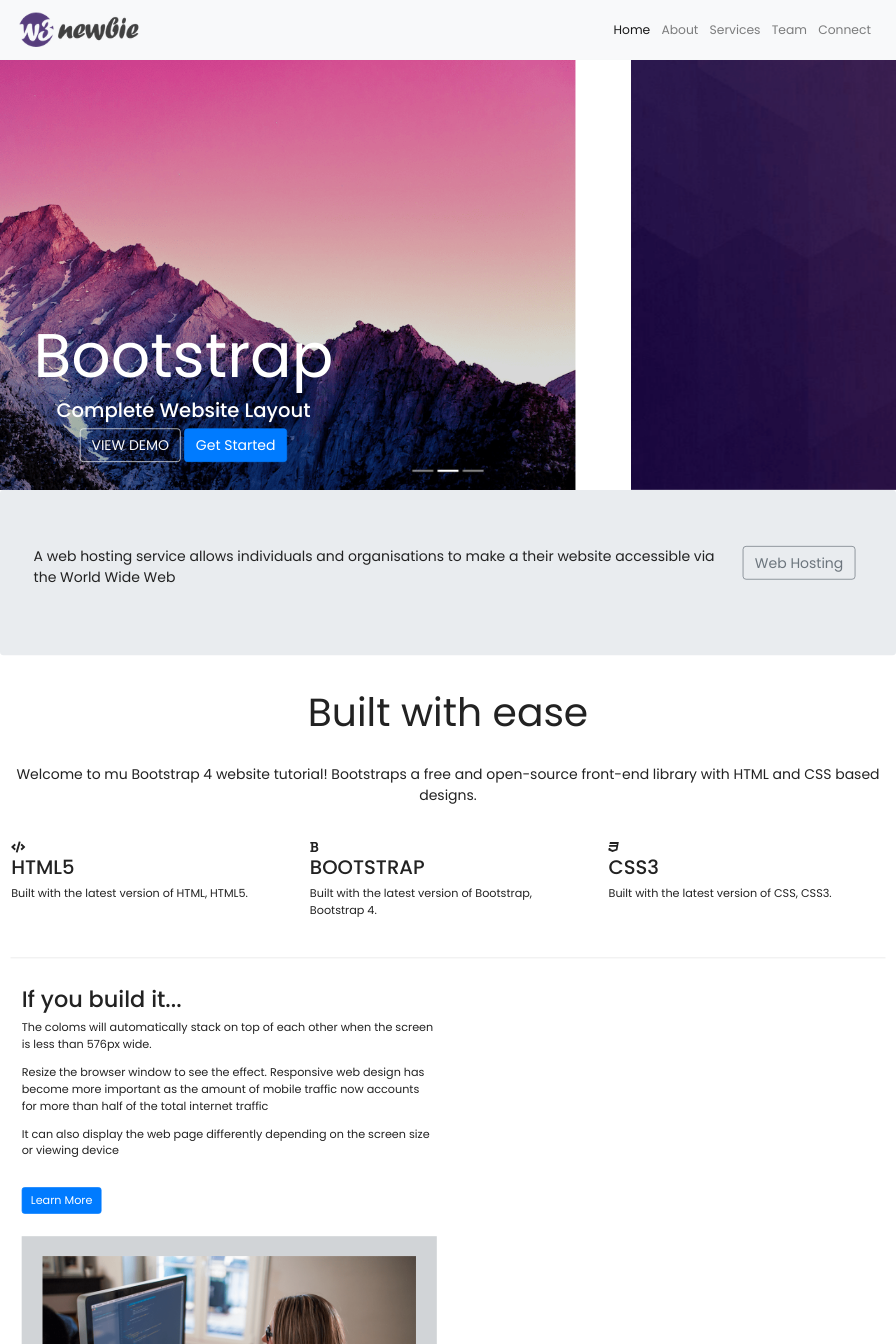
Repository: rkyankya/Bootstrap-1
Page: index.html
The author's editor kept a copy of each file at every save. The page is drawn from the files as they stood at one save, then again after the next save.
The browser window is 1280 px wide. The pictures show the part of the page from y = 0 to 1920 px (the page is 4511 px tall before and 4552 px after), at 70% of full size.
Some web libraries are served in a nearby version.

Above is the page before, as saved 2019-12-18 12:33:00.

### index.html
<!DOCTYPE html>
<html lang="en">

<head>
    <meta charset="utf-8">
    <meta name="viewport" content="width=device-width, initial-scale=1">
    <title>Complete Bootstrap 4 Website Layout</title>
    <link rel="stylesheet" href="https://maxcdn.bootstrapcdn.com/bootstrap/4.0.0/css/bootstrap.min.css">
    <script src="https://ajax.googleapis.com/ajax/libs/jquery/3.3.1/jquery.min.js"></script>
    <script src="https://cdnjs.cloudflare.com/ajax/libs/popper.js/1.12.9/umd/popper.min.js"></script>
    <script src="https://maxcdn.bootstrapcdn.com/bootstrap/4.0.0/js/bootstrap.min.js"></script>
    <script src="https://use.fontawesome.com/releases/v5.0.8/js/all.js"></script>
    <link href="style.css" rel="stylesheet">
</head>

<body>

    <!-- Navigation -->
    <nav class="navbar navbar-expand-md navbar-light bg-light sticky-top">
        <div class="container-fluid">
            <a class="navbar-brand" href="#"><img src="img/logo.png" alt="#"></a>
            <button class="navbar-toggler" type="button" data-toggler="collapse" data-target="#navbarResponsive">
          <span class="navbar-toggler-icon"></span>
        </button>
            <div class="collapse navbar-collapse" id="navbarResponsive">
                <ul class="navbar-nav ml-auto">
                    <li class="nav-item active">
                        <a class="nav-link" href="#">Home</a>
                    </li>
                    <li class="nav-item">
                        <a class="nav-link" href="#">About</a>
                    </li>
                    <li class="nav-item">
                        <a class="nav-link" href="#">Services</a>
                    </li>
                    <li class="nav-item">
                        <a class="nav-link" href="#">Team</a>
                    </li>
                    <li class="nav-item">
                        <a class="nav-link" href="#">Connect</a>
                    </li>
                </ul>
            </div>
        </div>
    </nav>

    <!--- Image Slider -->
    <div id="slides" class="carousel slide" data-ride="carousel">
        <ul class="carousel-indicators">
            <li data-target="#slides" data-slide-to="0" class="active"></li>
            <li data-target="#slides" data-slide-to="1"></li>
            <li data-target="#slides" data-slide-to="2"></li>
        </ul>
        <div class="carousel-inner">
            <div class="carousel-item active">
                <img src="img/background.png" alt="#">
                <div class="carousel-caption">
                    <h1 class="display-2">Bootstrap</h1>
                    <h3>Complete Website Layout</h3>
                    <button type="button" class="btn btn-outline-light btn-lg">VIEW DEMO</button>
                    <button type="button" class="btn btn-primary btn-lg">Get Started</button>
                </div>
            </div>
            <div class="carousel-item">
                <img src="img/background2.png" alt="#">
            </div>
            <div class="carousel-item">
                <img src="img/background3.png" alt="#">
            </div>
        </div>
    </div>

    <!--- Jumbotron -->
    <div class="container-fluid">
        <div class="row jumbotron">
            <div class="col-xs-12 col-sm-12 col-md-9 col-lg-9 col-xl-10">
                <!--Bootstrap has 12 coloms the 12 describes the coloms to take-->
                <p class="lead">A web hosting service allows individuals and organisations to make a their website accessible via the World Wide Web
                </p>
            </div>
            <div class="col-xs-12 col-sm-12 col-md-3 col-lg-3 col-xl-2">
                <a href="#">
                    <button type="button" class="btn btn-outline-secondary btn-lg">Web Hosting</button>
                </a>
            </div>
        </div>
    </div>


    <!--- Welcome Section -->
    <div class="container-fluid padding">
        <div class="row welcome text-center">
            <div class="col-12">
                <h1 class="display-4">Built with ease</h1>
            </div>
            <hr class="my-4">
            <div class="col-12">
                <p class="lead">Welcome to mu Bootstrap 4 website tutorial! Bootstraps a free and open-source front-end library with HTML and CSS based designs.
                </p>
            </div>
        </div>
    </div>

    <!--- Three Column Section -->
    <div class="container-fluid padding">
        <div class="row text-centre padding">
            <div class="col-xs-12 col-sm-6 col-md-4">
                <i class="fas fa-code"></i>
                <h3>HTML5</h3>
                <p>Built with the latest version of HTML, HTML5.</p>
            </div>
            <div class="col-xs-12 col-sm-6 col-md-4">
                <i class="fas fa-bold"></i>
                <h3>BOOTSTRAP</h3>
                <p>Built with the latest version of Bootstrap, Bootstrap 4.</p>
            </div>
            <div class="col-sm-12 col-md-4">
                <i class="fab fa-css3"></i>
                <h3>CSS3</h3>
                <p>Built with the latest version of CSS, CSS3.</p>
            </div>
        </div>
        <hr class="my-4">
    </div>


    <!--- Two Column Section -->
    <div class="container-fluid padding">
        <div class="row-padding">
            <div class="col-md-12 col-lg-6">
                <h2>If you build it...</h2>
                <p>The coloms will automatically stack on top of each other when the screen is less than 576px wide.</p>
                <p>Resize the browser window to see the effect. Responsive web design has become more important as the amount of mobile traffic now accounts for more than half of the total internet traffic</p>
                <p>It can also display the web page differently depending on the screen size or viewing device</p>
                <br>
                <a href="#" class="btn btn-primary">Learn More</a>
            </div>
            <div class="col-lg-6">
                <img src="img/desk.png" class="img-fluid" alt="#">
            </div>
        </div>
    </div>

    <hr class="my-4">

    <!--- Fixed background -->
    <figure>
        <div class="fixed-wrap">
            <div id="fixed"></div>
        </div>
    </figure>


    <!--- Emoji Section -->
    <button class="fun" data-toggle="collapse" data-target="#emoji">Click For Fun</button>
    <div id="emoji" class="collapse">
        <div class="container-fluid padding">
            <div class="row text-center">
                <div class="col-sm-6 col-md-3">
                    <img class="gif" src="img/gif/panda.gif" alt="#">
                </div>
                <div class="col-sm-6 col-md-3">
                    <img class="gif" src="img/gif/unicorn.gif" alt="#">
                </div>
                <div class="col-sm-6 col-md-3">
                    <img class="gif" src="img/gif/poo.gif" alt="#">
                </div>
                <div class="col-sm-6 col-md-3">
                    <img class="gif" src="img/gif/chicken.gif" alt="#">
                </div>
            </div>
        </div>
    </div>


    <!--- Meet the team -->
    <div class="container-fluid padding">
        <div class="row-welcome text-center">
            <div class="col-12">
                <h1 class="display-4"> Meet the Team</h1>
            </div>
        </div>
    </div>


    <!--- Cards -->
    <div class="container-fluid padding">
        <div class="row welcome text">
            <div class="col-md-4">
                <div class="card">
                    <img class="card-imd-top" src="img/team1.png" alt="#">
                    <div class="card-body">
                        <h4 class="card-title">John Doe</h4>
                        <p class="card-text">Joe is an internet entrepreneur with almost 20 years of experience</p>
                        <a href="#" class="btn btn-outline-secondary"> See Profile</a>
                    </div>
                </div>
            </div>
            <div class="col-md-4">
                <div class="card">
                    <img class="card-imd-top" src="img/team2.png" alt="#">
                    <div class="card-body">
                        <h4 class="card-title">Mary Jo</h4>
                        <p class="card-text">Mary is a designer with almost 10 yeas of digital experience</p>
                        <a href="#" class="btn btn-outline-secondary"> See Profile</a>
                    </div>
                </div>
            </div>
            <div class="col-md-4">
                <div class="card">
                    <img class="card-imd-top" src="img/team3.png" alt="#">
                    <div class="card-body">
                        <h4 class="card-title">Phil Ho</h4>
                        <p class="card-text">Phil is a developer with over 5 years of web development experience</p>
                        <a href="#" class="btn btn-outline-secondary"> See Profile</a>
                    </div>
                </div>
            </div>
        </div>
    </div>


    <!--- Two Column Section -->
    <div class="container-fluid padding">
        <div class="row-padding">
            <div class="col-md-12 col-lg-6">
                <h2>Our Philosophy</h2>
                <p>We know that greatness is a distruptive era requires bold ambition, curious talent and a culture that believes we're smarter together</p>
                <p>We approach ever challege holistically, with best-in-class expertise in data, creativity, media, techology. search, social and more. We call this Alchemy. It has the powerto build our clients brands and transform their business. And while
                    it may seem like magic, we've got it down to a science</p>

                <br>
                <a href="#" class="btn btn-primary">Learn More</a>
            </div>
            <div class="col-lg-6">
                <img src="img/bootstrap2.png" class="img-fluid" alt="#">
            </div>
        </div>
    </div>


    <!--- Connect -->
    <div class="container-fluid padding">
        <div class="row text-center padding">
            <div class="col-12">
                <h2>Connect</h2>
            </div>
            <div class="col-12 social padding">
                <a href="#"><i class="fab fa-facebook"></i></a>
                <a href="#"><i class="fab fa-twitter"></i></a>
                <a href="#"><i class="fab fa-instagram"></i></a>
                <a href="#"><i class="fab fa-google-plus-g"></i></a>
                <a href="#"><i class="fab fa-youtube"></i></a>
            </div>
        </div>
    </div>



    <!--- Footer -->
    <footer>
        <div class="container-fluid padding">
            <div class="row text-center">
                <div class="col-md-4">
                    <img src="img/w3newbie.png" alt="#">
                    <hr class="light">
                    <p>256 708 322 323</p>
                    <p>email@email.com</p>
                    <p>Kirinya Bweyogerere</p>
                    <p>Kampala Uganda</p>
                </div>
                <div class="col-md-4">
                    <hr class="light">
                    <h5>Our Hours</h5>
                    <hr class="light">
                    <p>Monday: 9am-5pm</p>
                    <p>Saturday: 10am-4pm</p>
                    <p>Sunday: closed</p>
                </div>
                <div class="col-md-4">
                    <hr class="light">
                    <h5> Service Area </h5>
                    <hr class="light">
                    <p>City, State, 0000</p>
                    <p>City, State, 0000</p>
                    <p>City, State, 0000</p>
                    <p>City, State, 0000</p>
                </div>
                <div class="col-12">
                    <hr class="light">
                    <h5>&copy; w3newbie.com</h5>
                </div>
            </div>
        </div>
    </footer>




</body>

</html>

### style.css
@import url("https://fonts.googleapis.com/css?family=Poppins:400,500,700");
html,
body {
    height: 100%;
    width: 100%;
    font-family: "Poppins", sans-serif;
    color: #222;
}

.navbar {
    padding: 0.8rem;
}

.nav-link {
    font-size: 1.1em !important;
}


/*---Media Queries --*/

@media (max-width: 992px) {}

@media (max-width: 768px) {}

@media (max-width: 576px) {}


/*---Firefox Bug Fix --*/

.carousel-item {
    transition: -webkit-transform 0.5s ease;
    transition: transform 0.5s ease;
    transition: transform 0.5s ease, -webkit-transform 0.5s ease;
    -webkit-backface-visibility: visible;
    backface-visibility: visible;
}


/*--- Fixed Background Image --*/

figure {
    position: relative;
    width: 100%;
    height: 60%;
    margin: 0 !important;
}

.fixed-wrap {
    clip: rect(0, auto, auto, 0);
    position: absolute;
    top: 0;
    left: 0;
    width: 100%;
    height: 100%;
}

#fixed {
    background-image: url("img/mac.png");
    position: fixed;
    display: block;
    top: 0;
    left: 0;
    width: 100%;
    height: 100%;
    background-size: cover;
    background-position: center center;
    -webkit-transform: translateZ(0);
    transform: translateZ(0);
    will-change: transform;
}


/*--- Bootstrap Padding Fix --*/

[class*="col-"] {
    padding: 1rem;
}


/*
Extra small (xs) devices (portrait phones, less than 576px)
No media query since this is the default in Bootstrap

Small (sm) devices (landscape phones, 576px and up)
@media (min-width: 576px) { ... }

Medium (md) devices (tablets, 768px and up)
@media (min-width: 768px) { ... }

Large (lg) devices (desktops, 992px and up)
@media (min-width: 992px) { ... }

Extra (xl) large devices (large desktops, 1200px and up)
@media (min-width: 1200px) { ... }
*/

After the next save:
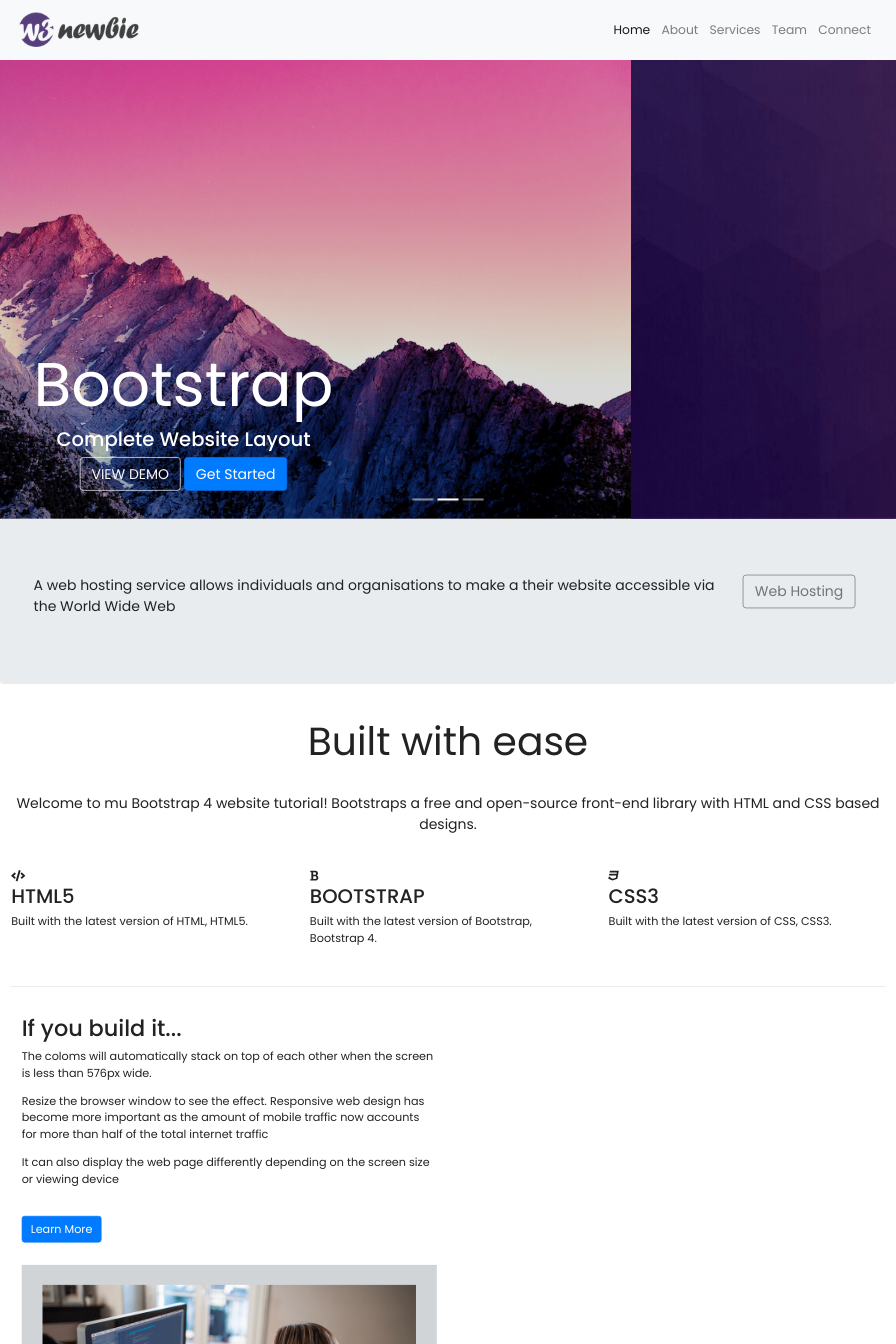
Saved 53 s later.
--- a/style.css
+++ b/style.css
@@ -13,6 +13,10 @@ body {
 
 .nav-link {
     font-size: 1.1em !important;
+}
+
+.carousel-inner img {
+    width: 100%;
 }
 
 
